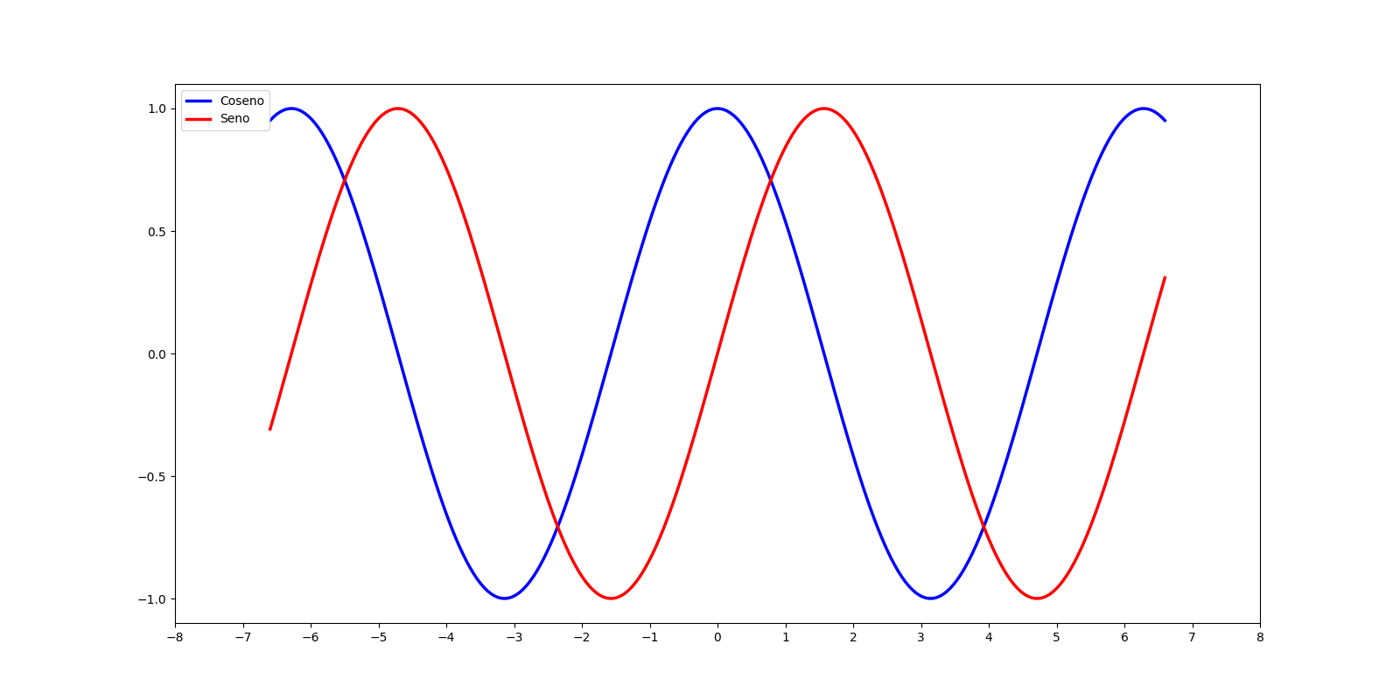
Repository: Jaamunozr/Archivos-python
Script's output: python Archivos Python/Graficas/ejecutable.py
The author's editor kept a copy of each file at every save. The script's output is drawn from the files as they stood at one save, then again after the next save.
Figures wider than 1,400 px are first shrunk to that width. Animations are shown at an early frame. Random numbers start from a fixed seed.

Above is the script's output before, as saved 2020-02-16 21:38:23.

### Archivos Python/Graficas/ejecutable.py
import pylab as pl
import numpy as np

# Crear una figura de 8x6 puntos de tamaño, 80 puntos por pulgada (Se modifica a 16x8)
pl.figure(figsize=(16, 8), dpi=100)

# Crear una nueva subgráfica en una rejilla de 1x1 (se podrian crean una de dos graficas en una reijlla)
pl.subplot(1, 1, 1)
# Obtencion de datos para seno y coseno (Desde -2pi hasta 2pi)
X = np.linspace(-2.1*np.pi, 2.1*np.pi, 256, endpoint=True) #el numero 256 es la cantidad de datos en ese intervalo
C, S = np.cos(X), np.sin(X)

# Graficar la función coseno con una línea continua azul de 1 pixel de grosor
pl.plot(X, C, color="blue", linewidth=1.0, linestyle="-")

# Graficar la función seno con una línea continua verde de 1 pixel de grosor
pl.plot(X, S, color="green", linewidth=1.0, linestyle="-")

# Establecer límites del eje x (Divisiones en X)
pl.xlim(-8.0, 8.0)

# Ticks en x(Impresión de intervalos, cantidad de datos mostrados en el eje)
pl.xticks(np.linspace(-8, 8, 17, endpoint=True))

# Establecer límites del eje y (Divisiones en Y)
pl.ylim(-1.0, 1.0)

# Ticks en y (Impresión de intervalos, cantidad de datos mostrados en el eje)
pl.yticks(np.linspace(-1, 1, 5, endpoint=True))

'''Otra opcion de determinar los limites a imprimir
pl.xticks([-np.pi, -np.pi/2, 0, np.pi/2, np.pi])
pl.yticks([-1, 0, +1]) '''
#AGREGAR LINEAS DE EJES Y QUITAR EL RECUADRO:
'''
ax = pl.gca()
ax.spines['right'].set_color('none')
ax.spines['top'].set_color('none')
ax.xaxis.set_ticks_position('bottom')
ax.spines['bottom'].set_position(('data',0))
ax.yaxis.set_ticks_position('left')
ax.spines['left'].set_position(('data',0))'''

# Guardar la figura usando 72 puntos por pulgada
# savefig("exercice_2.png", dpi=72)

#Indicamos los espacios entre los bordes de grafica y las graficas
#pl.xlim(X.min() * 1.1, X.max() * 1.1)
pl.ylim(C.min() * 1.1, C.max() * 1.1)

#AGREGRA UNA LEYENDA
pl.plot(X, C, color="blue", linewidth=2.5, linestyle="-", label="Coseno")
pl.plot(X, S, color="red",  linewidth=2.5, linestyle="-", label="Seno")
pl.legend(loc='upper left')

# Mostrar resultado en pantalla (Con 2 segundos de muestreo)
pl.pause(10)

After the next save:
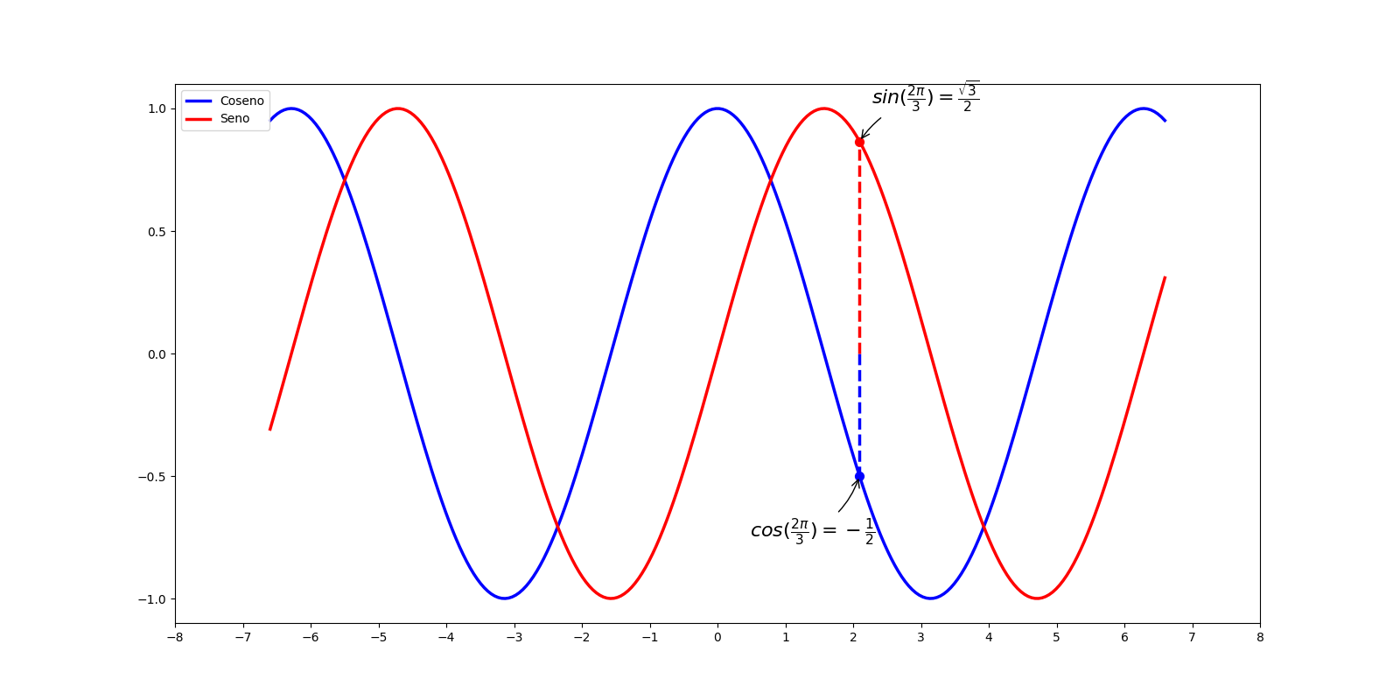
Saved 4 min 41 s later.
--- a/Archivos Python/Graficas/ejecutable.py
+++ b/Archivos Python/Graficas/ejecutable.py
@@ -53,5 +53,26 @@ pl.plot(X, C, color="blue", linewidth=2.5, linestyle="-", label="Coseno")
 pl.plot(X, S, color="red",  linewidth=2.5, linestyle="-", label="Seno")
 pl.legend(loc='upper left')
 
+#AGREGRA UNA ANOTACION EN UN PUNTO CONOCIDO
+t = 2 * np.pi / 3
+pl.plot([t, t], [0, np.cos(t)], color='blue', linewidth=2.5, linestyle="--")
+pl.scatter([t, ], [np.cos(t), ], 50, color='blue')
+
+pl.annotate(r'$sin(\frac{2\pi}{3})=\frac{\sqrt{3}}{2}$',
+            xy=(t, np.sin(t)), xycoords='data',
+            xytext=(+10, +30), textcoords='offset points', fontsize=16,
+            arrowprops=dict(arrowstyle="->", connectionstyle="arc3,rad=.2"))
+
+pl.plot([t, t],[0, np.sin(t)], color='red', linewidth=2.5, linestyle="--")
+pl.scatter([t, ],[np.sin(t), ], 50, color='red')
+
+pl.annotate(r'$cos(\frac{2\pi}{3})=-\frac{1}{2}$',
+            xy=(t, np.cos(t)), xycoords='data',
+            xytext=(-90, -50), textcoords='offset points', fontsize=16,
+            arrowprops=dict(arrowstyle="->", connectionstyle="arc3,rad=.2"))
+
+
+
+
 # Mostrar resultado en pantalla (Con 2 segundos de muestreo)
 pl.pause(10)
